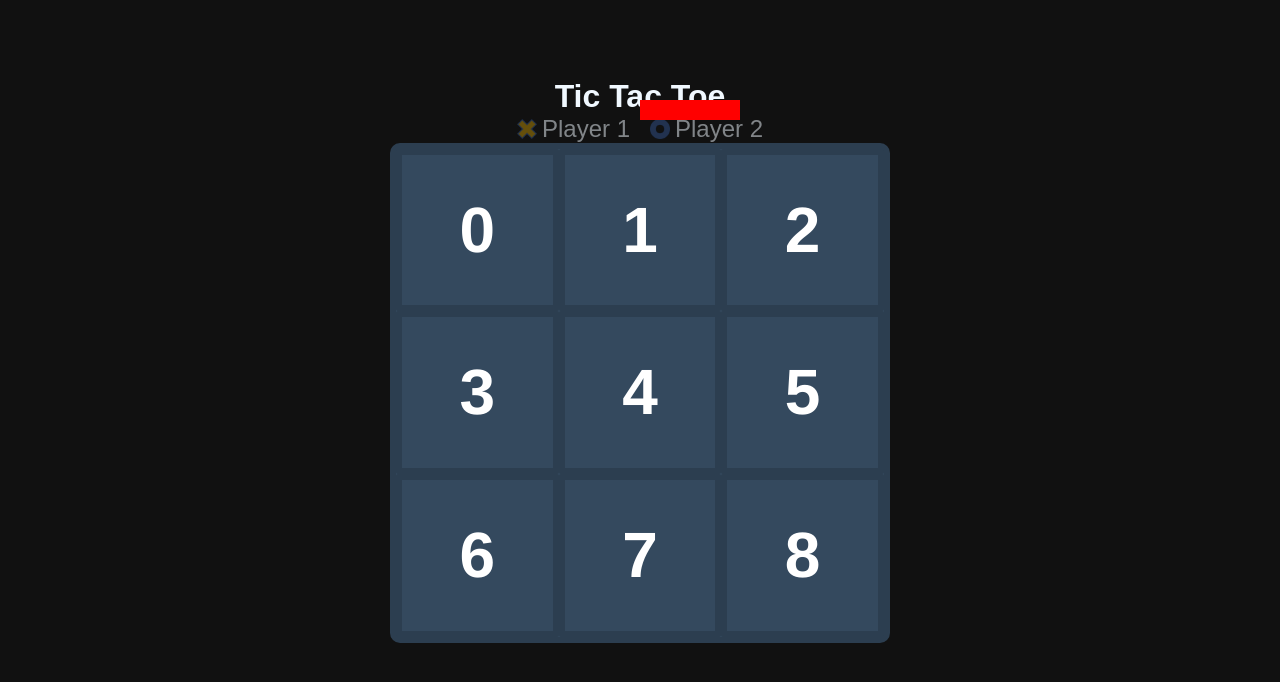
Repository: richardlieknis/tictactoe
Page: index.html
The author's editor kept a copy of each file at every save. The page is drawn from the files as they stood at one save, then again after the next save.
The browser window is 1280 px wide. The pictures show the whole page.

Above is the page before, as saved 2022-12-08 14:27:13.

### index.html
<!DOCTYPE html>
<html lang="en">

<head>
    <meta charset="UTF-8" />
    <meta http-equiv="X-UA-Compatible" content="IE=edge" />
    <meta name="viewport" content="width=device-width, initial-scale=1.0" />
    <title>TicTacToe</title>
    <link rel="stylesheet" href="css/style.css" />
    <link rel="stylesheet" href="css/mobile.css" />

    <script src="main.js"></script>
</head>

<body>
    <div class="maincontainer">
        <h1>Tic Tac Toe</h1>
        <div class="players">
            <div id="player1" class="inactive">
                <img src="src/img/cross.png" /> Player 1
            </div>
            <div id="player2" class="inactive">
                <img src="src/img/circle.png" /> Player 2
            </div>
        </div>
        <div class="gameField">
            <div class="box" id="0" onclick="playerPlace(0)">0</div>
            <div class="box" id="1" onclick="playerPlace(1)">1</div>
            <div class="box" id="2" onclick="playerPlace(2)">2</div>
            <div class="box" id="3" onclick="playerPlace(3)">3</div>
            <div class="box" id="4" onclick="playerPlace(4)">4</div>
            <div class="box" id="5" onclick="playerPlace(5)">5</div>
            <div class="box" id="6" onclick="playerPlace(6)">6</div>
            <div class="box" id="7" onclick="playerPlace(7)">7</div>
            <div class="box" id="8" onclick="playerPlace(8)">8</div>
        </div>
        <div class="lines">
            <div class="line"></div>
            <div class="line"></div>
            <div class="line"></div>
            <div class="line"></div>
            <div class="line"></div>
            <div class="line"></div>
            <div class="line"></div>
            <div class="line"></div>
        </div>
    </div>
</body>

</html>

### css/style.css
* {
    margin: 0;
    padding: 0;
    box-sizing: border-box;
}

body {
    font-family: sans-serif;
    color: aliceblue;
    background-color: #111;
}

.players {
    display: flex;
    align-items: center;
    justify-content: center;
    gap: 20px;
}

#player1,
#player2 {
    display: flex;
    align-items: center;
    gap: 5px;
    font-size: 24px;
}

.inactive {
    opacity: 0.5;
}

.players img {
    width: 20px;
}

.maincontainer {
    display: flex;
    justify-content: center;
    align-items: center;
    flex-direction: column;
    height: 100vh;
}

.gameField {
    width: 500px;
    height: 500px;
    margin: 0 auto;
    background-color: #34495e;
    color: #fff;
    border: 6px solid #2c3e50;
    border-radius: 10px;
    display: grid;
    grid-template: repeat(3, 1fr) / repeat(3, 1fr);
}

.box {
    border: 6px solid #2c3e50;
    border-radius: 2px;
    font-family: Helvetica;
    font-weight: bold;
    font-size: 4em;
    display: flex;
    justify-content: center;
    align-items: center;
    cursor: pointer;
}

.box:hover {
    background-color: #416080;
}

.line {
    position: absolute;
    display: flex;
    gap: 100px;
    background-color: #f00;
    width: 100px;
    height: 20px;
    margin-bottom: 1px;
    top: 100px;
}

### main.js
const circle = document.getElementById('circle');
const cross = document.getElementById('cross');
const gameover = document.getElementById('gameover');

let fields = [0, 1, 2, 3, 4, 5, 6, 7, 8];
let currentPlayer = 'cross';
let win = false;

let winFields = [
    [0, 1, 2],
    [3, 4, 5],
    [6, 7, 8],
    [0, 3, 6],
    [1, 4, 7],
    [2, 5, 8],
    [0, 4, 8],
    [2, 4, 6]
]

function playerPlace(id) {
    let fieldHtml = document.getElementById(id);
    if (fields[id] < 9 && !win) {
        if (currentPlayer === 'circle') {
            fields[id] = 'circle';
            fieldHtml.innerHTML = `<img src="src/img/circle.png">`;
            checkWin();
            currentPlayer = 'cross';
            document.getElementById('player1').classList.remove('inactive');
            document.getElementById('player2').classList.add('inactive');
        } else if (currentPlayer === 'cross') {
            fields[id] = 'cross';
            fieldHtml.innerHTML = `<img src="src/img/cross.png">`;
            checkWin();
            currentPlayer = 'circle';
            document.getElementById('player2').classList.remove('inactive');
            document.getElementById('player1').classList.add('inactive');
        }
    }
}

function checkWin() {
    for (let i = 0; i < winFields.length; i++) {
        if (fields[winFields[i][0]] === fields[winFields[i][1]] &&
            fields[winFields[i][1]] === fields[winFields[i][2]]) {
            console.log("GEWONNEN:", currentPlayer);
            win = true;
        }
    }

}

function resetGame() {
    win = false;
    for (let i = 0; i < 9; i++) {
        let fieldHtml = document.getElementById(i);
        fields = [0, 1, 2, 3, 4, 5, 6, 7, 8];
        fieldHtml.innerHTML = "";
    }
}

Loaded but not shown: css/mobile.css (no stored copy; drawn as an empty file)

After the next save:
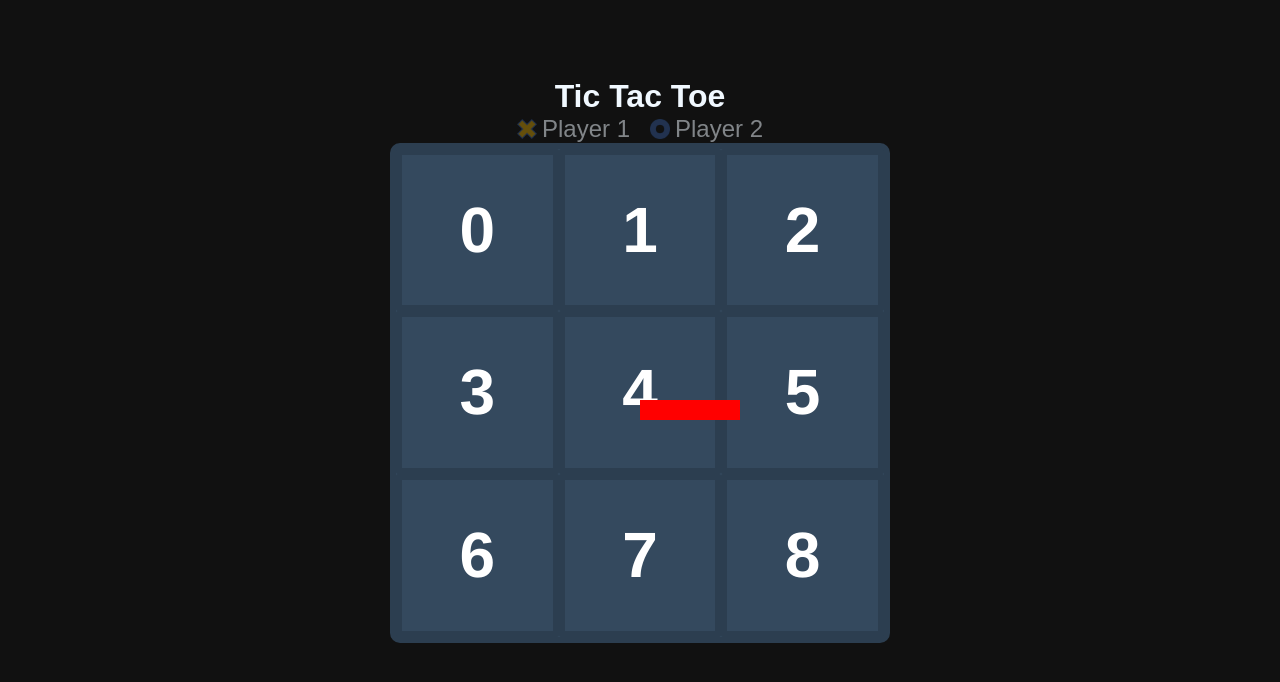
Saved 21 s later.
--- a/css/style.css
+++ b/css/style.css
@@ -71,11 +71,9 @@
 
 .line {
     position: absolute;
-    display: flex;
-    gap: 100px;
     background-color: #f00;
     width: 100px;
     height: 20px;
     margin-bottom: 1px;
-    top: 100px;
+    top: 400px;
 }
